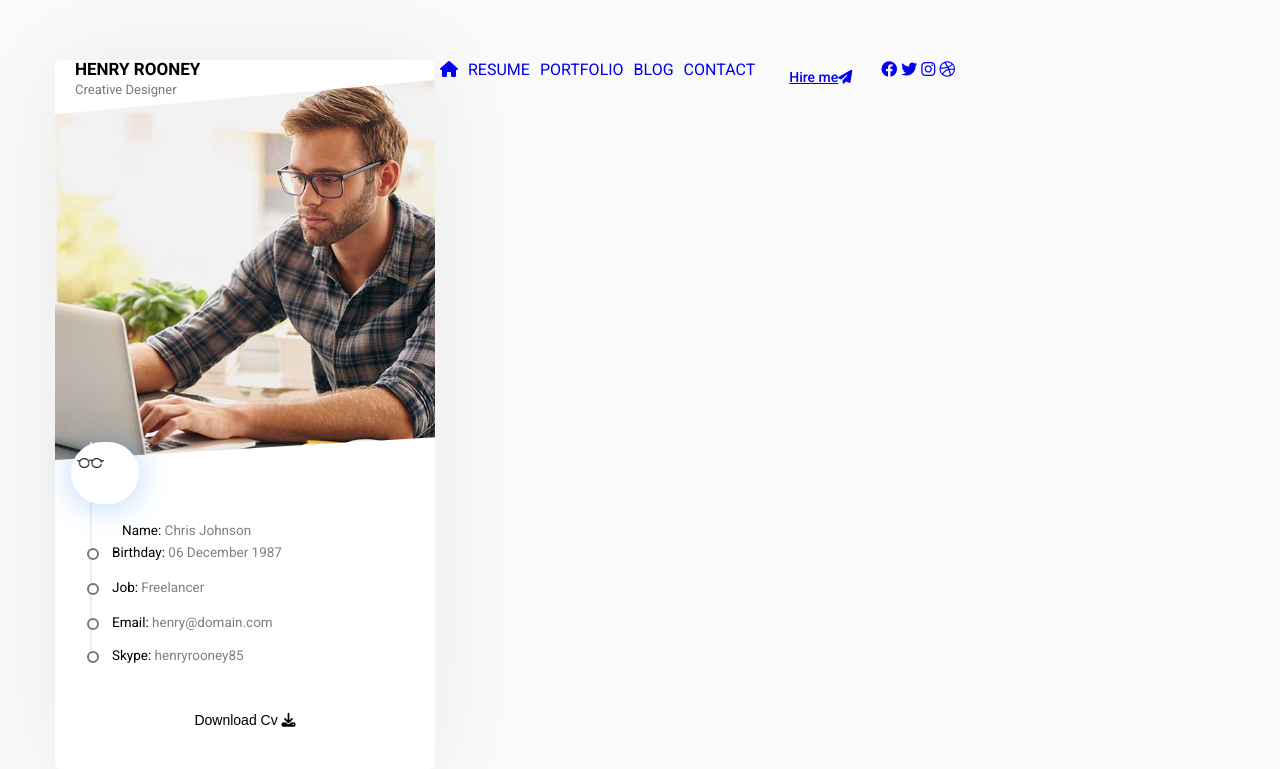
Repository: Lehuyhuynh/mat
Page: index.html
These files come from the project's save history. The page is drawn as it stood at one moment and after a run of saves; the edit follows.
The browser window is 1280 px wide. The pictures show the whole page.

Above is the page before, as saved 2023-04-12 12:18:32.

### index.html
<!DOCTYPE html>
<html lang="en">
<head>
                    <meta charset="UTF-8">
                    <meta http-equiv="X-UA-Compatible" content="IE=edge">
                    <meta name="viewport" content="width=device-width, initial-scale=1.0">
                    <title>Mat</title>
                    <link rel="stylesheet" href="style.css">
                    <link rel="preconnect" href="https://fonts.googleapis.com">
                    <link rel="preconnect" href="https://fonts.gstatic.com" crossorigin>
                     <link href="https://fonts.googleapis.com/css2?family=Roboto:wght@400;500;700;900&display=swap" rel="stylesheet">

                    <link rel="stylesheet" href="icon-fonts/font-awesome-4.7.0/css/font-awesome.min.css"/>

                    <link rel="stylesheet" href="https://cdnjs.cloudflare.com/ajax/libs/font-awesome/6.4.0/css/all.min.css" integrity="sha512-iecdLmaskl7CVkqkXNQ/ZH/XLlvWZOJyj7Yy7tcenmpD1ypASozpmT/E0iPtmFIB46ZmdtAc9eNBvH0H/ZpiBw==" crossorigin="anonymous" referrerpolicy="no-referrer" />
</head>
<body>
    <div id="preloader">
        <div class="spinner">
        </div>
    </div>

    <div class="wrapper container">

        <div class="row">

            <!-- profile section -->

            <div class="col-lg-3 col-md-4">

                <div class="profile">

                    <div class="profile-name">

                        <span class="name">Henry Rooney</span><br>

                        <span class="jod">Creative Designer</span><br>

                    </div>

                    <img class="profile-img" src="img/profile.jpg" alt="#">

                     <ul class="profile-information">

                        <li><p><span>Name:</span> Chris Johnson</p></li>

                        <li><p><span>Birthday:</span> 06 December 1987</p></li>

                        <li><p><span>Job:</span> Freelancer</p></li>

                        <li><p><span>Email:</span> henry@domain.com</p></li>

                        <li><p><span>Skype:</span> henryrooney85</p></li>

                    </ul>

                    <div class="col-md-12">

                         <button class="site-btn icon">Download Cv

                            <i class="fa fa-download" aria-hidden="true"></i>

                        </button>

                    </div>

                    </div>

                </div>

                <!-- header -->
            <div  class="row">

                <div class="col-md-8 col-sm-8-col-xs-4">

                    <ul class="tabs">
                        <li class="tab">

                          <a class="home-btn" href="#home"><i class="fa fa-home" aria-hidden="true"></i></a>

                        </li>
                        <li class="tab"><a href="#RESUME">RESUME</a></li>
                        <li class="tab"><a href="#PORTFOLIO">PORTFOLIO</a></li>
                        <li class="tab"><a href="#BLOG">BLOG</a></li>
                        <li class="tab"><a href="#CONTACT">CONTACT</a></li>

                    </ul>
                    </div>


                <div class="col-md-4 col-sm-4 col-xs-8 dynamic">

                    <a href="mailto:hi@tavonline.net" class="pull-right site-btn icon hidden-xs">Hire me<i class="fa fa-paper-plane" aria-hidden="true"></i></a>

                </div>


                <div class="hidden-md social-icons pull-right">

                    <a class="fb" href="#"><i class="fa-brands fa-facebook"></i></a>

                    <a class="tw" href="#"><i class="fa-brands fa-twitter"></i></a>

                    <a class="ins" href="#"><i class="fa-brands fa-instagram"></i></a>

                    <a class="dr" href="#"><i class="fa-brands fa-dribbble" ></i></a>

                </div>

             </div>

        </div>

    </div>
</body>
</html>

### style.css
body{
                    background-image: url(/img/bg.png) #fafafa;
                   font-family: roboto, sans-serif;
                   background:#fafafa;
                   position: relative;
                   overflow: hidden;

}

html{
                    height: 100%;
}
*{
                    margin: 0;
                    padding: 0;
                    border: 0;
                    outline: 0;
                    background: transparent;
}

.site-btn{
                    font-size: 14px;
                    font-weight: 500;
                    border-radius: 50px;
                    -webkit-border-radius:50px;
                    -moz-border-radius:50px;
                    padding: 1px 29px;
                    line-height: 35px;
}

.site-btn .icon{
                    text-align: left;
                    padding: 1px 6px 1px 19px;
}

.site-btn .icon i{
                    color: #000;
                    background: #fff;
                    margin-left: 15px;
                    border-radius: 50px;
                    font-size: 11px;
                    height: 27px;
                    width: 27px;
                    float: right;
                    text-align: center;
                    line-height: 29px;
                    margin-top: 4px;
}

p{
                    font-size: 13px;
                    color: #4c4c4c;
                    line-height: 24px;
 }

 .profile{
                    background: #fff;
                    border-radius: 6px;
                    -moz-border-radius: 6px;
                    -webkit-border-radius: 6px;
                    -o-border-radius: 6px;
                    width: 100%;
                    display: inline-block;
                    box-shadow: 0px 2px 92px 0px rgba(0, 0, 0, 0.07);
                    -webkit-box-shadow: 0px 2px 92px 0px rgba(0, 0, 0, 0.07);
                    -moz-box-shadow: 0px 2px 92px 0px rgba(0, 0, 0, 0.07);
}

.profile .name {
                    line-height: 18px;
                    padding: 20px;
                    text-transform: uppercase;
                    font-size: 17px;
                    font-weight: bold;

}
.profile .jod {
                    padding: 20px;
                    color: #777777;
                    font-size: 13px;
}

.profile-img{
                   margin-top: -18px;
                   -webkit-clip-path: polygon(0 9%, 100% 0, 100% 94%, 0% 100%);
                    clip-path: polygon(0 9%, 100% 0, 100% 94%, 0% 100%);
                    height: 380px;

}
.profile-img img{
                    width: 100%;
}

.profile-information{
                    list-style: none;
                    margin: 8px 0px 8px 35px;
}

.profile-information li{
                    border-left: 2px solid #eee;
                    padding:0 0 23px 20px;
                    font-size: 14px;
                    color: #787878;
}

ul.profile-information li p{
                    font-size: 13.5px;
                    color: #7f7f7f;
                    line-height: 12px;
}

ul.profile-information li:last-child{
                    border: 0;
                    margin-left: 2px;
                    margin-top: -2px;
}


ul.profile-information li:before{
                    content: "";
                    border: solid 2px;
                    width: 8px;
                    height: 8px;
                    border-radius: 50px;
                    -moz-border-radius: 50px;
                    -webkit-border-radius: 50px;
                    font-size: 8px;
                    margin-left: -25px;
                    margin-top: 2px;
                    font-weight: 400;
                    background: #fff;
                    display: block;
                    position: absolute;
}

ul.profile-information li span{color:#000}

ul.profile-information li:first-child{
                    padding-bottom: 10px;
                    padding-left: 30px;
                    position: relative;
}

ul.profile-information li:first-child img {
                    margin:44px -44px;
                    display: inline-block;
                    position: absolute;
                    width: 20px;
 }

 ul.profile-information li:first-child::before {

                    margin-left: -51px;
                    margin-top: -30px;
                    margin-bottom: 20px;
                    position: relative;
                    border: 0;
                    width: 40px;
                    height: 40px;
                    padding: 11px 14px;
                    box-shadow: 0px 2px 32px 0px rgba(4, 123, 248, 0.3);
}
 ul.profile-information li:first-child::after {
                    background: url(img/glasses.png) no-repeat;
                    content: '';
                    width: 30px;
                    height: 10px;
                    position: absolute;
                    top: 0;
                    left: 0;
                    margin: 16px -15px;
                    background-size: 27px 10px;
 }

.profile .site-btn{
                    margin: 18px auto 30px;
                    display: block;
}

.tabs .tab a {
                    text-decoration: none;
                    margin: 5px;
}
.col-md-4  .pull-right{
                    text-align: right;
}

.wrapper{
                    margin-top: 60px;
                    width: 1170px ;
                    background: transparent;
}
.container{
                    padding-right: 15px;
                    padding-left: 15px;
                    margin-right: auto;
                    margin-left: auto;
}
*{
                    margin: 0;
                    padding: 0;
                    border: 0;
                    outline: 0;;
                    background: transparent;
}
.row{
                    display: flex;
}



.tabs{
                    display: flex;
                    list-style-type: none;
                    text-decoration: none;

}

.tabs .tab a {
                    text-decoration: none;
                    margin: 5px;
}
.col-md-4  .pull-right{
                    text-align: right;
}

After the next 2 saves:
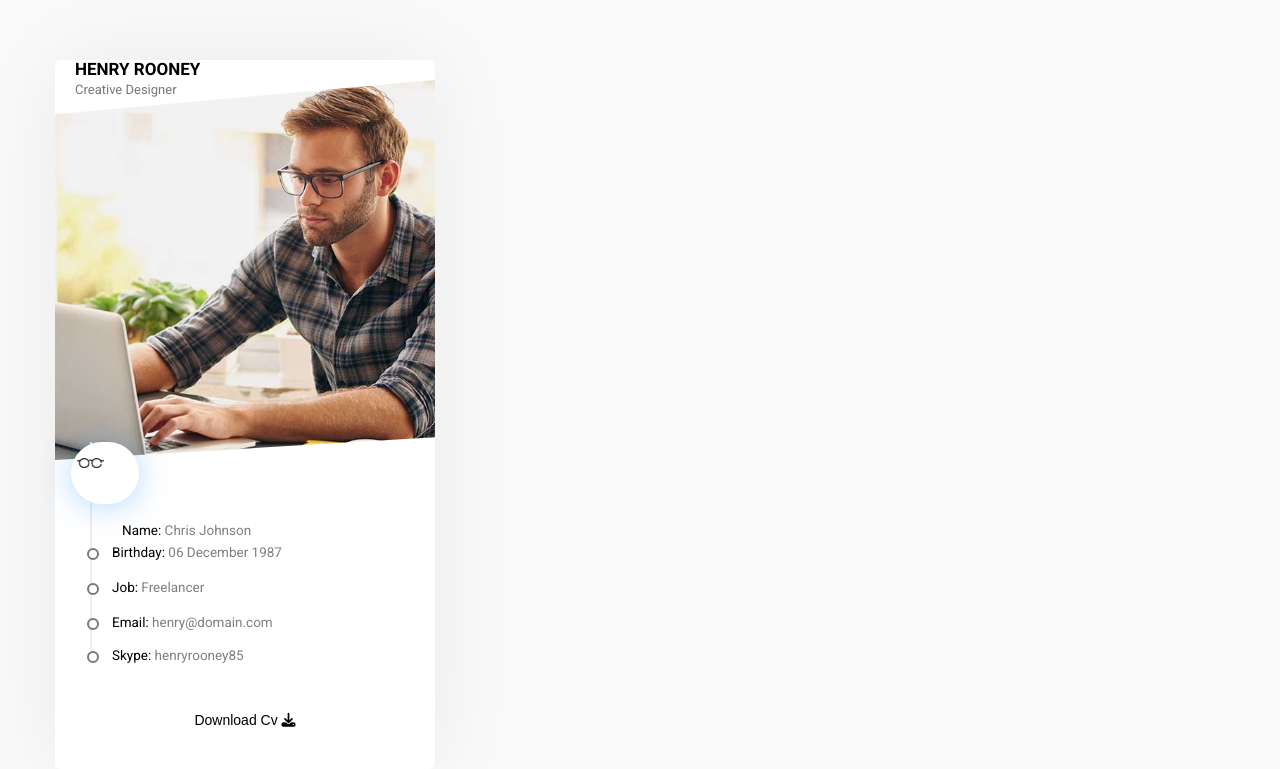
The 2 saves are shown as one change because they came seconds apart.
The last was saved 2 min 3 s later.
--- a/index.html
+++ b/index.html
@@ -69,47 +69,7 @@
                 </div>
 
                 <!-- header -->
-            <div  class="row">
 
-                <div class="col-md-8 col-sm-8-col-xs-4">
-
-                    <ul class="tabs">
-                        <li class="tab">
-
-                          <a class="home-btn" href="#home"><i class="fa fa-home" aria-hidden="true"></i></a>
-
-                        </li>
-                        <li class="tab"><a href="#RESUME">RESUME</a></li>
-                        <li class="tab"><a href="#PORTFOLIO">PORTFOLIO</a></li>
-                        <li class="tab"><a href="#BLOG">BLOG</a></li>
-                        <li class="tab"><a href="#CONTACT">CONTACT</a></li>
-
-                    </ul>
-                    </div>
-
-
-                <div class="col-md-4 col-sm-4 col-xs-8 dynamic">
-
-                    <a href="mailto:hi@tavonline.net" class="pull-right site-btn icon hidden-xs">Hire me<i class="fa fa-paper-plane" aria-hidden="true"></i></a>
-
-                </div>
-
-
-                <div class="hidden-md social-icons pull-right">
-
-                    <a class="fb" href="#"><i class="fa-brands fa-facebook"></i></a>
-
-                    <a class="tw" href="#"><i class="fa-brands fa-twitter"></i></a>
-
-                    <a class="ins" href="#"><i class="fa-brands fa-instagram"></i></a>
-
-                    <a class="dr" href="#"><i class="fa-brands fa-dribbble" ></i></a>
-
-                </div>
-
-             </div>
-
-        </div>
 
     </div>
 </body>
